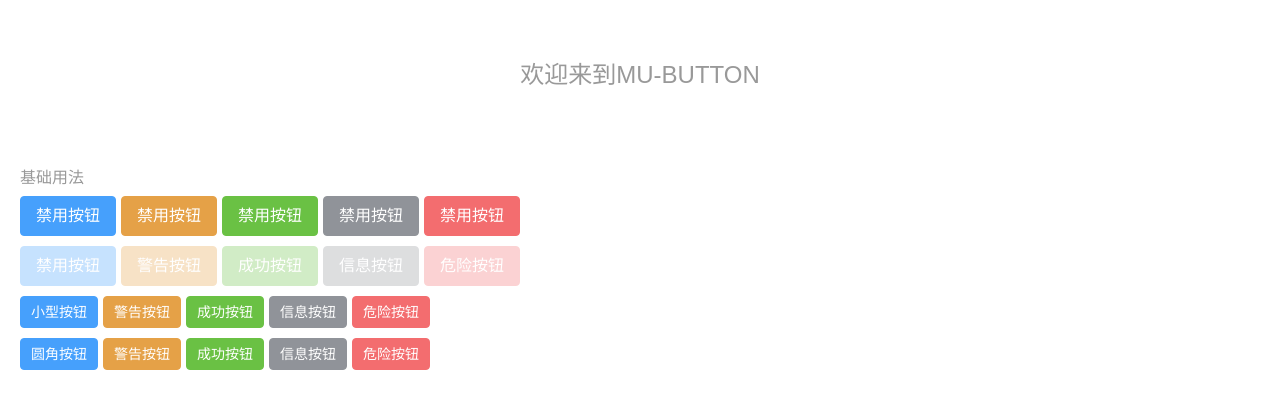
Repository: HuoXiaoYe/huoxiaoye_mumu
Page: /
The author's editor kept a copy of each file at every save. The page is drawn from the files as they stood at one save, then again after the next save.
The browser window is 1280 px wide. The pictures show the whole page.
The project was rebuilt for these pictures with package versions that can differ from the ones it lists, and the page was loaded fresh each time.

Above is the page before, as saved 2020-07-04 17:41:12.

After the next save:
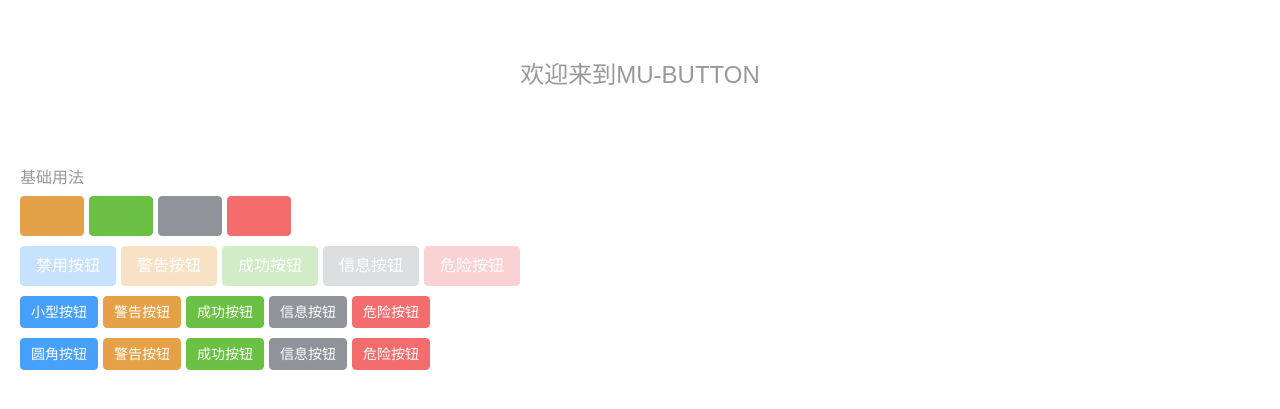
Saved 12 s later.
--- a/src/pages/buttonWrap/buttonWrap.tsx
+++ b/src/pages/buttonWrap/buttonWrap.tsx
@@ -12,10 +12,6 @@ interface Ibutton {
 
 function ButtonWrap() {
     const [buttonList] = useState<Ibutton[]>([
-        {
-            type:"",
-            value:"默认按钮"
-        },
         {
             type:"warning",
             value:"警告按钮"
@@ -42,7 +38,7 @@ function ButtonWrap() {
                     {
                         buttonList.map((item)=>{
                             return (
-                                <li><MUButton type={item.type}>禁用按钮</MUButton></li>
+                            <li><MUButton type={item.type}></MUButton></li>
                             )
                         })
                     }
